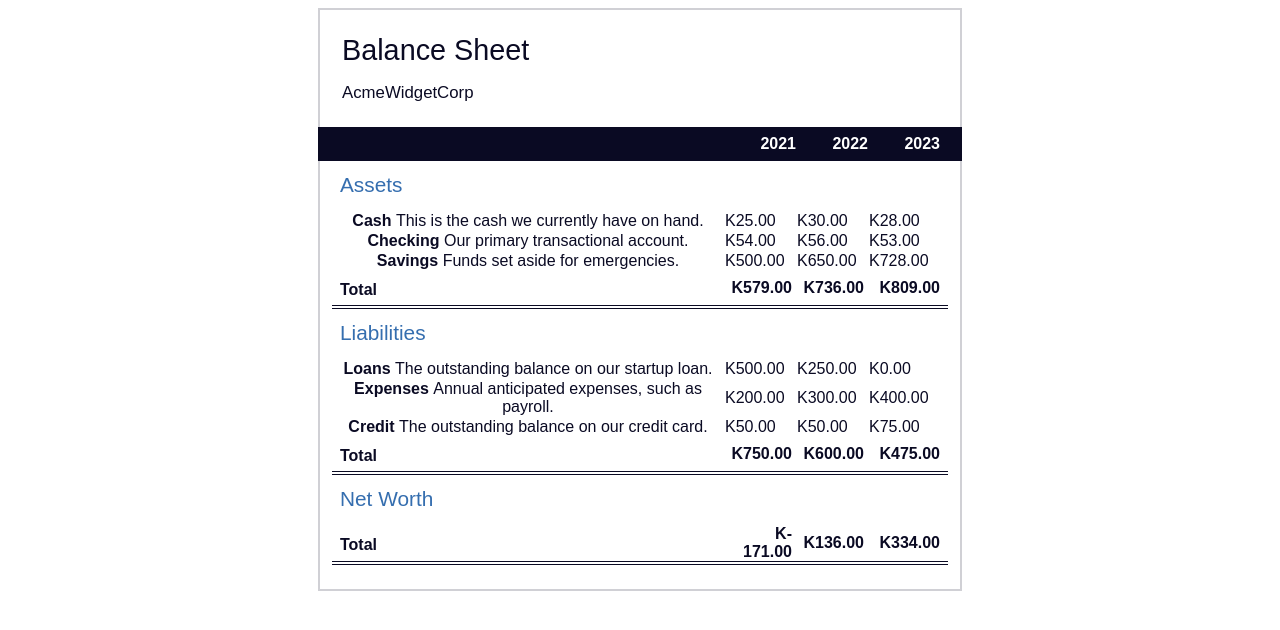
Repository: Lungdjos/balance_shee
Page: index.html
These files come from the project's save history. The page is drawn as it stood at one moment and after the next save; the edit follows.
The browser window is 1280 px wide. The pictures show the whole page.
The pointer rests on the first visible `tr.total`.

Above is the page before, as saved 2023-11-04 23:24:13.

### index.html
<!DOCTYPE html>
<html lang="en">

<head>
    <meta charset="UTF-8">
    <meta name="viewport" content="width=device-width, initial-scale=1.0">
    <title>Balance Sheet</title>
    <link rel="stylesheet" href="styles.css">
</head>

<body>
    <main>
        <section>
            <h1>
                <span class="flex">
                <span>AcmeWidgetCorp</span>
                <span>Balance Sheet</span>
                </span>
            </h1>
            <div id="years" aria-hidden="true">
                <span class="year">2021</span>
                <span class="year">2022</span>
                <span class="year">2023</span>
            </div>
            <div class="table-wrap">
                <table>
                    <caption>Assets</caption>
                    <thead>
                        <tr>
                            <td></td>
                            <th><span class="sr-only year">2021</span></th>
                            <th><span class="sr-only year">2022</span></th>
                            <th class="current"><span class="sr-only year">2023</span></th>
                        </tr>
                    </thead>
                    <tbody>
                        <tr class="data">
                            <th>
                                Cash <span class="description">This is the cash we currently have on hand.</span>
                            </th>
                            <td>K25.00</td>
                            <td>K30.00</td>
                            <td class="current">K28.00</td>
                        </tr>
                        <tr class="data">
                            <th>
                                Checking <span class="description">Our primary transactional account.</span>
                            </th>
                            <td>K54.00</td>
                            <td>K56.00</td>
                            <td class="current">K53.00</td>
                        </tr>
                        <tr class="data">
                            <th>
                                Savings <span class="description">Funds set aside for emergencies.</span>
                            </th>
                            <td>K500.00</td>
                            <td>K650.00</td>
                            <td class="current">K728.00</td>
                        </tr>
                        <tr class="total">
                            <th>
                                Total <span class="sr-only">Assets</span>
                            </th>
                            <td>K579.00</td>
                            <td>K736.00</td>
                            <td class="current">K809.00</td>
                        </tr>
                    </tbody>
                </table>
                <table>
                    <caption>Liabilities</caption>
                    <thead>
                        <tr>
                            <td></td>
                            <th><span class="sr-only">2021</span></th>
                            <th><span class="sr-only">2022</span></th>
                            <th><span class="sr-only">2023</span></th>
                        </tr>
                    </thead>
                    <tbody>
                        <tr class="data">
                            <th>
                                Loans <span class="description">The outstanding balance on our startup loan.</span>
                            </th>
                            <td>K500.00</td>
                            <td>K250.00</td>
                            <td class="current">K0.00</td>
                        </tr>
                        <tr class="data">
                            <th>
                                Expenses <span class="description">Annual anticipated expenses, such as payroll.</span>
                            </th>
                            <td>K200.00</td>
                            <td>K300.00</td>
                            <td class="current">K400.00</td>
                        </tr>
                        <tr class="data">
                            <th>
                                Credit <span class="description">The outstanding balance on our credit card.</span>
                            </th>
                            <td>K50.00</td>
                            <td>K50.00</td>
                            <td class="current">K75.00</td>
                        </tr>
                        <tr class="total">
                            <th>
                                Total <span class="sr-only">Liabilities</span>
                            </th>
                            <td>K750.00</td>
                            <td>K600.00</td>
                            <td class="current">K475.00</td>
                        </tr>
                    </tbody>
                </table>
                <table>
                    <caption>Net Worth</caption>
                    <thead>
                        <tr>
                            <td></td>
                            <th><span class="sr-only">2021</span></th>
                            <th><span class="sr-only">2022</span></th>
                            <th><span class="sr-only">2023</span></th>
                        </tr>
                    </thead>
                    <tbody>
                        <tr class="total">
                            <th>
                                Total <span class="sr-only">Net Worth</span>
                            </th>
                            <td>K-171.00</td>
                            <td>K136.00</td>
                            <td class="current">K334.00</td>
                        </tr>
                    </tbody>
                </table>
            </div>
        </section>
    </main>
</body>

</html>

</html>

</html>

### styles.css
    /* general styling */

    html {
        box-sizing: border-box;
    }

    body {
        font-family: sans-serif;
        color: #0a0a23;
    }

    span[class~="sr-only"] {
        border: 0 !important;
        clip: rect(1px, 1px, 1px, 1px) !important;
        clip-path: inset(50%) !important;
        width: 1px !important;
        height: 1px !important;
        overflow: hidden !important;
        white-space: nowrap !important;
        position: absolute !important;
        padding: 0 !important;
        margin: 1px !important;
    }
    /* table styling */

    h1 {
        max-width: 37.25rem;
        margin: 0 auto;
        padding: 1.5rem 1.25rem;
    }

    h1 .flex {
        display: flex;
        flex-direction: column-reverse;
        gap: 1rem;
    }

    h1 .flex span:first-of-type {
        font-size: .7em;
    }

    h1 .flex span:last-of-type {
        font-size: 1.2em;
    }

    section {
        max-width: 40rem;
        margin: 0 auto;
        border: 2px solid #d0d0d5;
    }

    #years {
        position: sticky;
        top: 0;
        display: flex;
        justify-content: flex-end;
        color: #fff;
        background: #0a0a23;
        margin: 0 -2px;
        padding: .5rem calc(1.25rem + 2px) .5rem 0;
        z-index: 999;
    }

    #years span[class] {
        font-weight: bold;
        width: 4.5rem;
        text-align: right;
    }

    .table-wrap {
        padding: 0 .75rem 1.5rem .75rem;
    }

    span {
        font-weight: normal;
    }

    table {
        border-collapse: collapse;
        border: 0;
        width: 100%;
        position: relative;
        margin-top: 3rem;
    }

    table caption {
        color: #356eaf;
        font-weight: normal;
        font-size: 1.3em;
        position: absolute;
        top: -2.25rem;
        left: .5rem;
    }

    tbody td {
        max-width: 4rem;
        min-width: 4rem;
        width: 100vw;
    }

    tbody th {
        max-width: 4rem;
        min-width: 4rem;
    }

    tr[class="total"] {
        border-bottom: 4px double #0a0a23;
        font-weight: bold;
    }

    tr[class="total"] th {
        text-align: left;
        padding: .5rem 0 .25rem .5rem
    }

    tr.total td {
        text-align: right;
        padding: 0 .25rem;
    }

    tr.total td:nth-of-type(3) {
        padding: .5rem;
    }

After the next save:
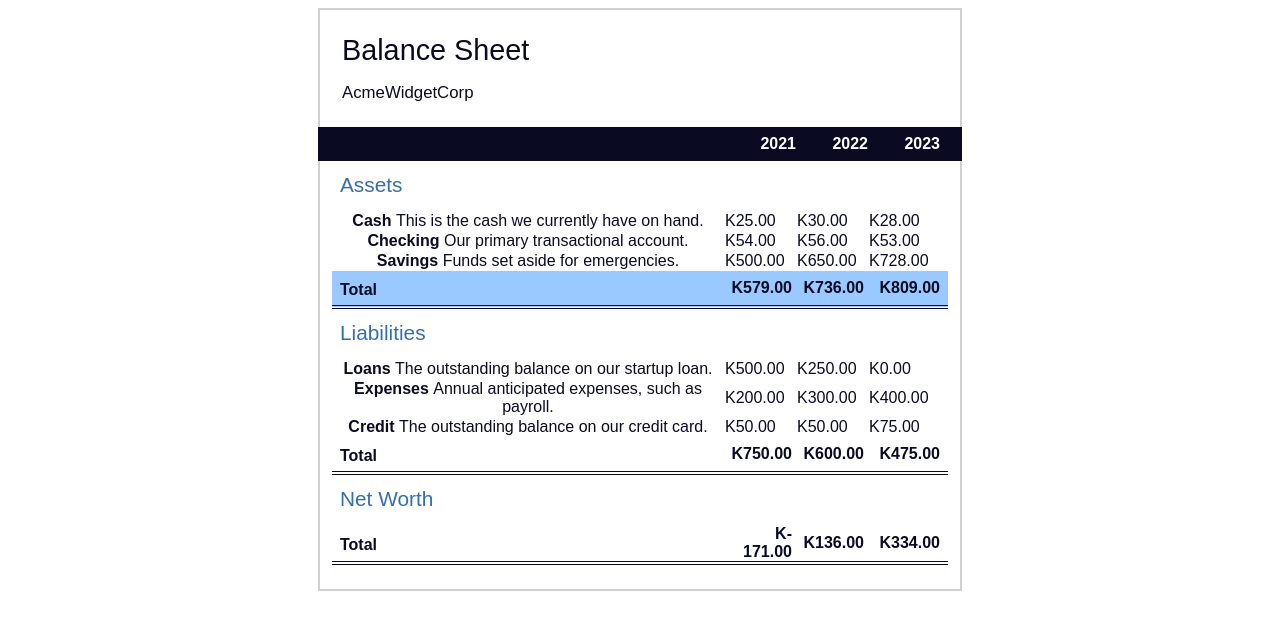
Saved 2 min 52 s later.
--- a/styles.css
+++ b/styles.css
@@ -121,3 +121,7 @@
     tr.total td:nth-of-type(3) {
         padding: .5rem;
     }
+
+    tr.total:hover {
+        background: #99c9ff;
+    }
